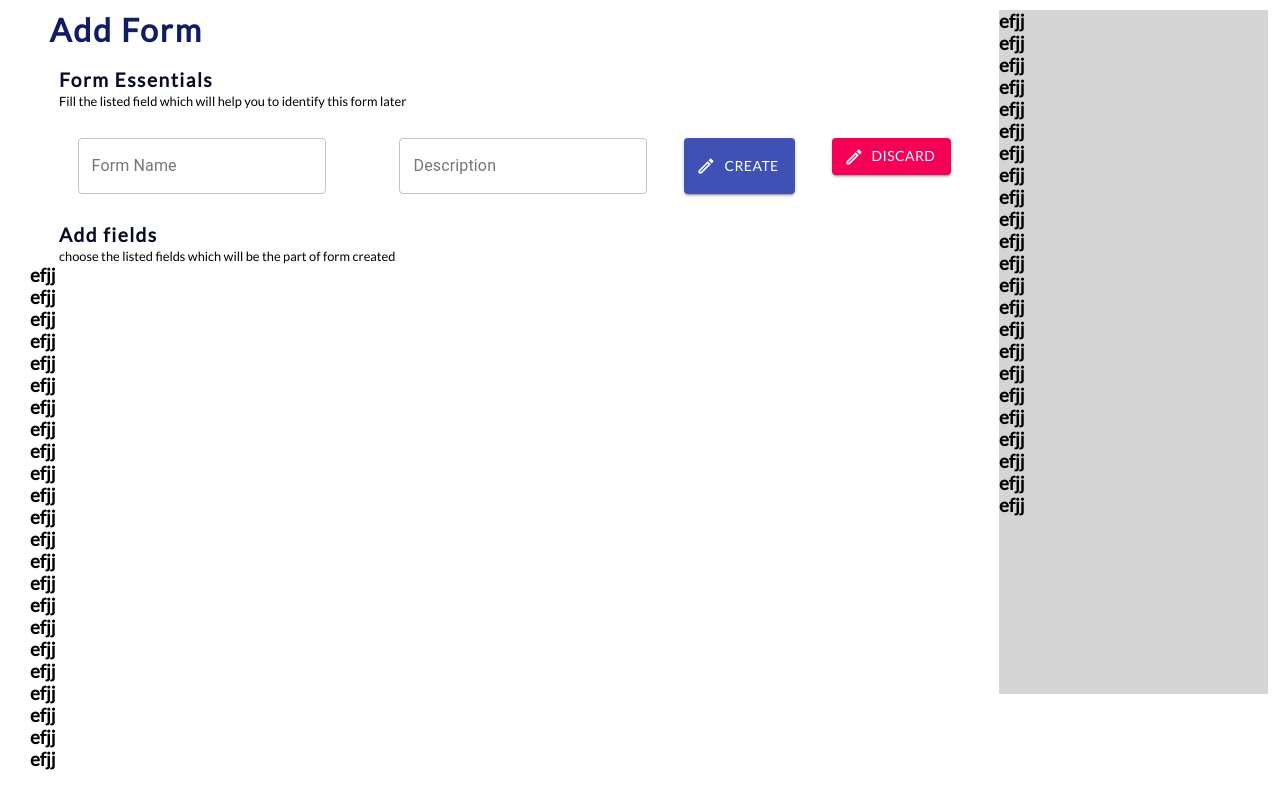
Repository: Architjain128/df
Page: /add
These files come from the project's save history. The page is drawn as it stood at one moment and after a run of saves; the edit follows.
The browser window is 1280 px wide. The pictures show the whole page.
The project was rebuilt for these pictures with package versions that can differ from the ones it lists, and the page was loaded fresh each time. Also part of the build but not shown: src/App.css, src/dftable.js, src/dataForm.js.

Above is the page before, as saved 2021-06-25 16:12:19.

### src/addDataForm.js
import React , {Component} from 'react';
import './dataForm.css';
import { Button,TextField } from '@material-ui/core';
import CreateOutlinedIcon from '@material-ui/icons/CreateOutlined';

class AddDataForm extends Component{
    render(){
        return (
            <>
                <div className="dataform">
                    <div className='df-create-section'>
                        <div className='df-form-gen'>
                            <div className="df-title">Add Form</div>
                            <div className="df-subtitle">Form Essentials</div>
                            <div className="df-description" >Fill the listed field which will help you to identify this form later</div>
                            <div className="df-form-ess">
                                <TextField id="outlined-basic" label="Form Name" variant="outlined" /><br/>
                                <TextField id="outlined-basic-large" label="Description" variant="outlined"/>
                                <div className="df-create2" ><Button variant="contained" color="primary" startIcon={<CreateOutlinedIcon />}> Create </Button></div>
                                <div className="df-create2" class="flex-item1"><Button variant="contained" href='/' color="secondary" startIcon={<CreateOutlinedIcon />}> Discard </Button></div>
                            </div>
                            <div className="df-subtitle">Add fields</div>
                            <div className="df-description" >choose the listed fields which will be the part of form created</div>
                            <div className="df-create-section">
                                <div className="df-dnd">
                                <h3>efjj</h3>
                                <h3>efjj</h3>
                                <h3>efjj</h3>
                                <h3>efjj</h3>
                                <h3>efjj</h3>
                                <h3>efjj</h3>
                                <h3>efjj</h3>
                                <h3>efjj</h3>
                                <h3>efjj</h3>
                                <h3>efjj</h3>
                                <h3>efjj</h3>
                                <h3>efjj</h3>
                                <h3>efjj</h3>
                                <h3>efjj</h3>
                                <h3>efjj</h3>
                                <h3>efjj</h3>
                                <h3>efjj</h3>
                                <h3>efjj</h3>
                                <h3>efjj</h3>
                                <h3>efjj</h3>
                                <h3>efjj</h3>
                                <h3>efjj</h3>
                                <h3>efjj</h3>

                                </div>
                            </div>
                        </div>
                        <div className="df-form-pre-con">
                            <div className='df-form-pre'>
                                <h3>efjj</h3>
                                <h3>efjj</h3>
                                <h3>efjj</h3>
                                <h3>efjj</h3>
                                <h3>efjj</h3>
                                <h3>efjj</h3>
                                <h3>efjj</h3>
                                <h3>efjj</h3>
                                <h3>efjj</h3>
                                <h3>efjj</h3>
                                <h3>efjj</h3>
                                <h3>efjj</h3>
                                <h3>efjj</h3>
                                <h3>efjj</h3>
                                <h3>efjj</h3>
                                <h3>efjj</h3>
                                <h3>efjj</h3>
                                <h3>efjj</h3>
                                <h3>efjj</h3>
                                <h3>efjj</h3>
                                <h3>efjj</h3>
                                <h3>efjj</h3>
                                <h3>efjj</h3>
                            </div>
                        </div>
                    </div>
                    <div className="df-end" ></div>
                    <div className="df-footer" ></div>

                </div>
            </>
            );
        }
}

export default AddDataForm;

### src/dataForm.css
@import url('https://fonts.googleapis.com/css2?family=Lato&display=swap');

* {
  box-sizing: border-box;
  margin: 0;
  padding: 0;
  font-family: 'Lato', sans-serif;
}

.dataform {
  padding-left: clamp(10px,30px,5%);
  padding-top: clamp(5px,10px,3%);
  display:block;
  /* height: 90vh; */
  /* align-items: center; */
  justify-content: left;
}
.df-title{
  letter-spacing: 2px;
  font-size: clamp(1.8rem, 2.5vw, 2.8rem);
  color:#101d66;
  font-weight: bolder;
  padding-left:2%;
  padding-right:10%;
  margin-bottom: 2%;
}
.df-subtitle{
    letter-spacing: 1.5px;
    font-size: clamp(1.2rem, 1.5vw, 2rem);
    color:#060b26;
    font-weight: bold;
    padding-left:3%;
    padding-right:10%;
    margin-bottom: 0.2%;
}
.df-description{
    font-size: clamp(0.8rem, 1vw, 1.2rem);
    color:#000000;
    padding-left:3%;
    padding-right:10%;
}
.df-table{
    padding-top:3%;
    padding-bottom:3%;
    padding-left:3%;
    padding-right:10%;
    height: 460px;
}
.df-create-section{
  display: flex;
}
.df-create-section .df-subdes{
  flex-grow: 10;
}
.df-create-section .df-create{
  flex-grow: 0;
}
.df-create-section .df-form-gen{
  flex-grow: 1;
}
.df-create-section .df-form-pre-con{
  flex-grow: 1;
  margin-right: 1%;
}
.df-form-pre{
  background-color: rgb(213, 213, 213);
  height: 90%;
  width: 100%;
}
.df-create{
  /* margin-left: 10%; */
  /* padding: auto; */
  align-items: right;
  justify-content: flex-start;
  display: flex;
  padding-left:3%;
  padding-right:10%;
}
.df-create2{
  /* margin-left: 10%; */
  /* padding: auto; */
  align-items: right;
  justify-content: flex-start;
  display: flex;
  gap: 5px;
}
.df-end{
  padding-top: 3%;
  padding-left: 3%;
}
.df-footer{
  position:absolute;
  padding-left: 3%;
  bottom: 0;
}
.df-form-ess{
  padding: 3%;
  display: flex;
  justify-content: space-around;
}
.df-form-ess TextField{
  flex-grow: 5;
}
.df-form-ess Button{
  flex-grow: 1;
}
#outlined-basic{
  font-size: medium;
  width: 100%;
}
#outlined-basic-large{
  font-size: medium;
  width: 100%;
}
.flex-container {
  /* padding: 0; */
  /* margin: 0; */
  /* list-style: none; */
  /* display: flex; */
  /* justify-content: flex-start; */
}
.flex-item {
  /* padding: 5px; */
  /* width: 60px; */
  /* height: 50px; */
  /* margin: 5px; */
  /* line-height: 50px; */
  /* color: white; */
  /* font-weight: bold; */
  /* font-size: 2em; */
  /* text-align: center; */
}

Loaded but not shown: public/index.html (common file); src/index.js (common file); src/index.css (common file); src/App.js (common file); src/reportWebVitals.js (common file)

After the next 2 saves:
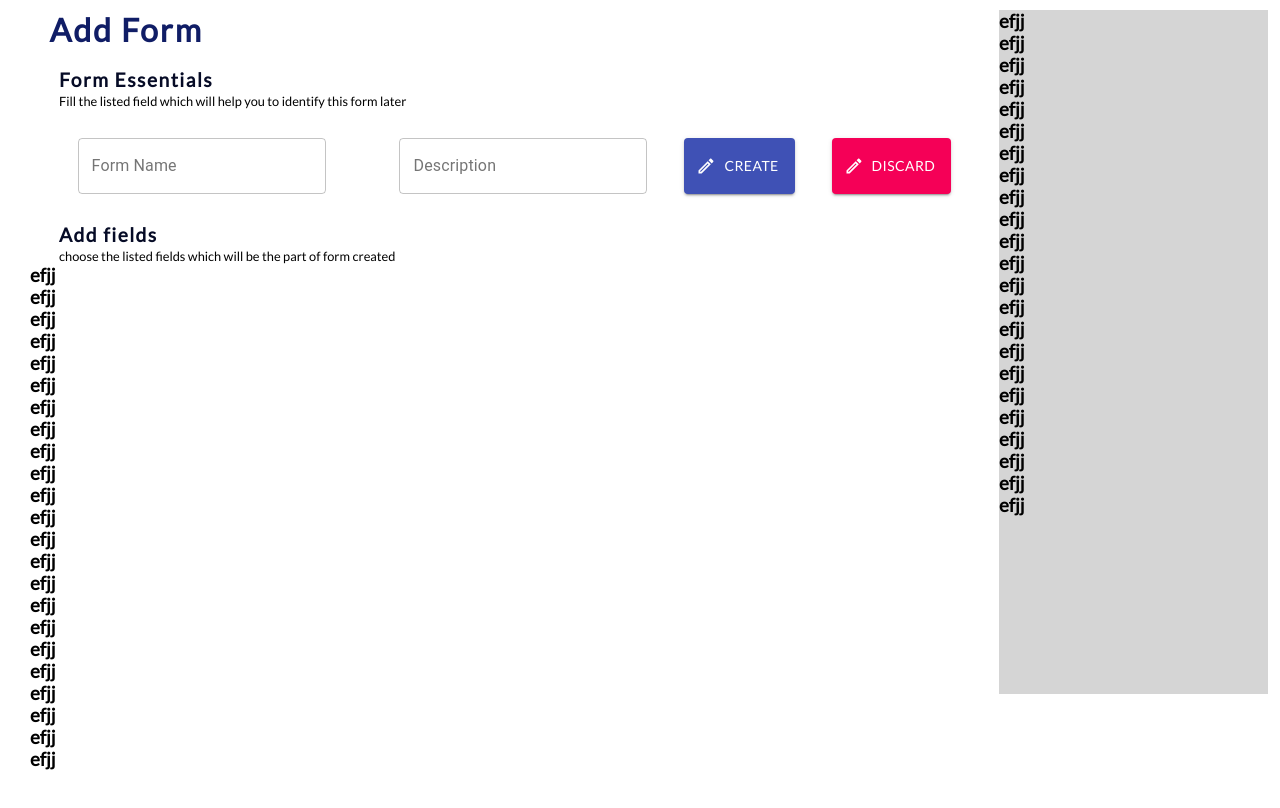
The 2 saves are shown as one change because they came seconds apart.
The last was saved 10 s later.
--- a/src/addDataForm.js
+++ b/src/addDataForm.js
@@ -16,8 +16,8 @@ class AddDataForm extends Component{
                             <div className="df-form-ess">
                                 <TextField id="outlined-basic" label="Form Name" variant="outlined" /><br/>
                                 <TextField id="outlined-basic-large" label="Description" variant="outlined"/>
-                                <div className="df-create2" ><Button variant="contained" color="primary" startIcon={<CreateOutlinedIcon />}> Create </Button></div>
-                                <div className="df-create2" class="flex-item1"><Button variant="contained" href='/' color="secondary" startIcon={<CreateOutlinedIcon />}> Discard </Button></div>
+                                <div className="df-create2"><Button variant="contained" color="primary" startIcon={<CreateOutlinedIcon />}> Create </Button></div>
+                                <div className="df-create2"><Button variant="contained" href='/' color="secondary" startIcon={<CreateOutlinedIcon />}> Discard </Button></div>
                             </div>
                             <div className="df-subtitle">Add fields</div>
                             <div className="df-description" >choose the listed fields which will be the part of form created</div>
